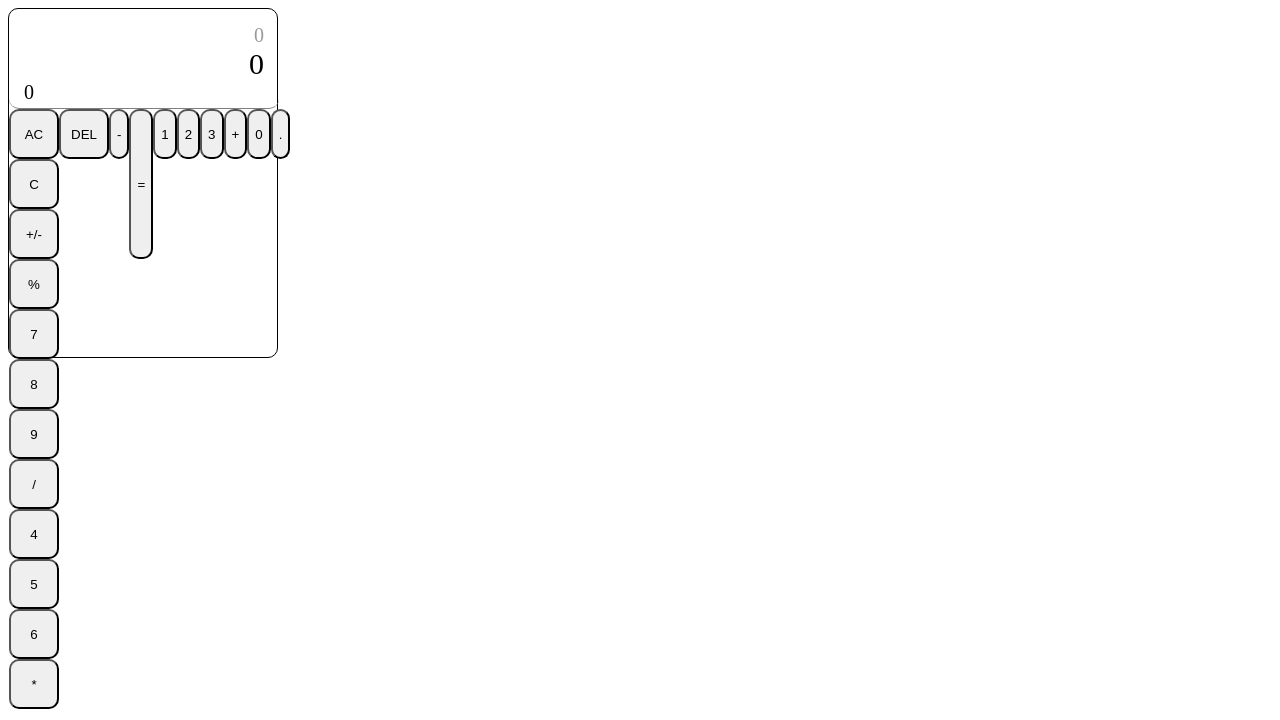
Repository: baziz22/Vanilla_JS_Projects
Page: claculator/index.html
The author's editor kept a copy of each file at every save. The page is drawn from the files as they stood at one save, then again after the next save.
The browser window is 1280 px wide. The pictures show the whole page.

Above is the page before, as saved 2022-03-02 03:03:05.
Console error: SyntaxError: Malformed arrow function parameter list

After the next save:
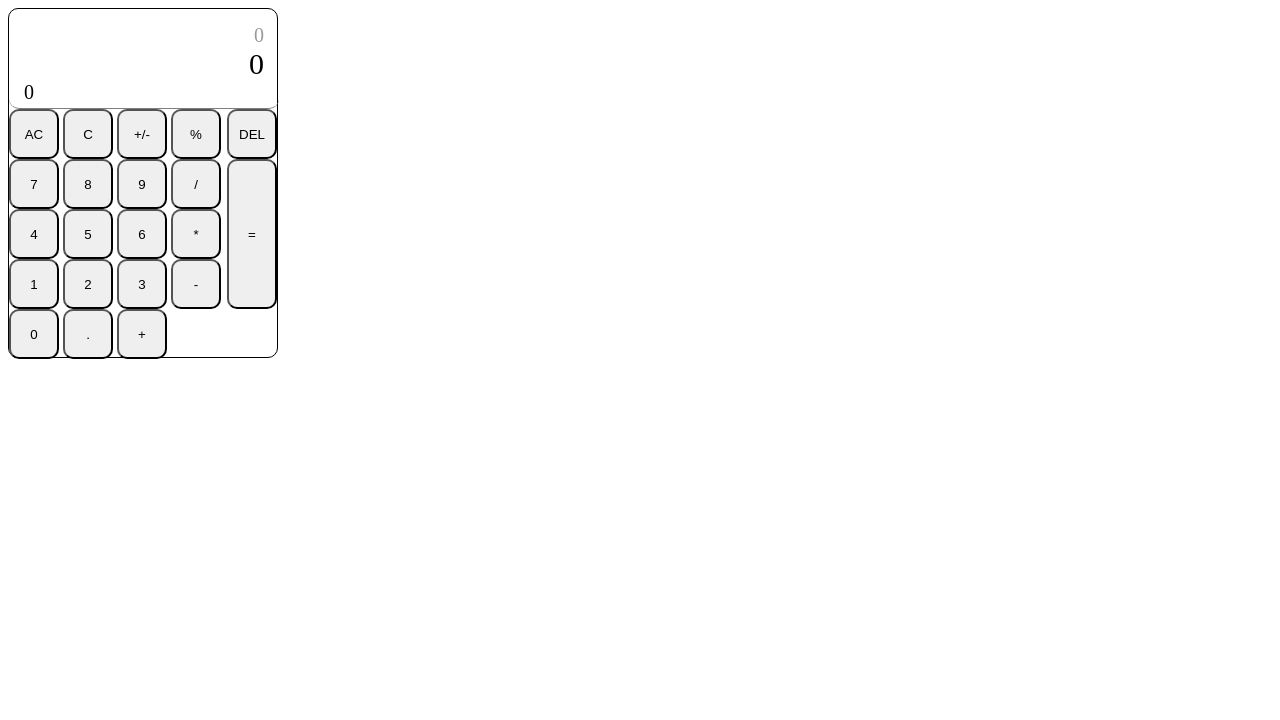
Saved 107 s later.
--- a/claculator/index.html
+++ b/claculator/index.html
@@ -30,24 +30,29 @@
           <button class="btn" number>5</button>
           <button class="btn" number>6</button>
           <button classs="btn" operation>*</button>
+          <button class="btn" number>1</button>
+          <button class="btn" number>2</button>
+          <button class="btn" number>3</button>
+          <button class="btn" operation">-</button>
+          <button class="btn" number>0</button>
+          <button class="btn" number dot>.</button>
+          <button class="btn" operation>+</button>
           </div>
 
           <div id="right-side">
             <button class="btn" operation>DEL</button>
+            <button class="btn" equal id="equals">=</button>
           </div>
 
 
 
 
 
-          <button class="btn" operation">-</button>
-          <button class="btn" equal id="equals">=</button>
-          <button class="btn" number>1</button>
-          <button class="btn" number>2</button>
-          <button class="btn" number>3</button>
-          <button class="btn" operation>+</button>
-          <button class="btn" number>0</button>
-          <button class="btn" number dot>.</button>
+
+
+
+
+
 
 
         </div>
